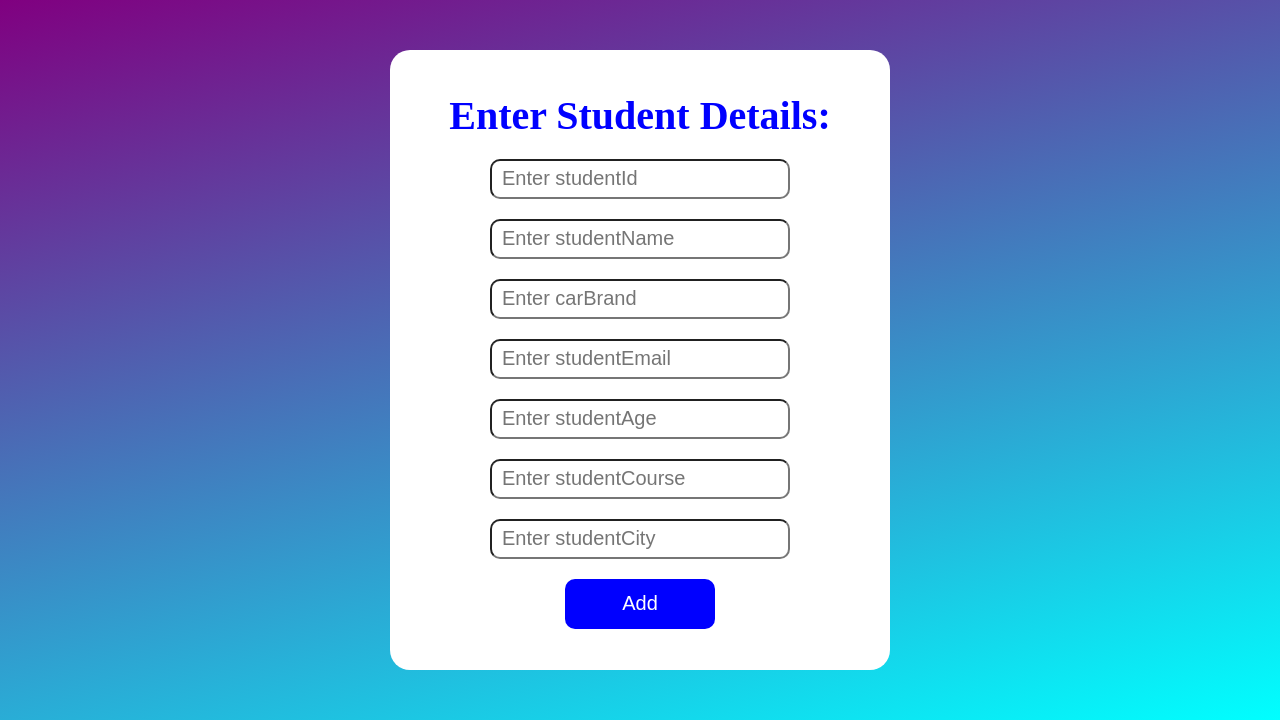
Repository: Dhirajkumar02/Advance-Java--J2EE-
Page: http://localhost/ServletProject_Student-Management-System/AddStudent.jsp
An editor plug-in stored every save of this project. The page is shown before and after the next save, followed by the edit.
The browser window is 1280 px wide. The pictures show the whole page.
The page is served by Tomcat 9.

Above is the page before, as saved 2024-11-16 07:37:58.

After the next save:
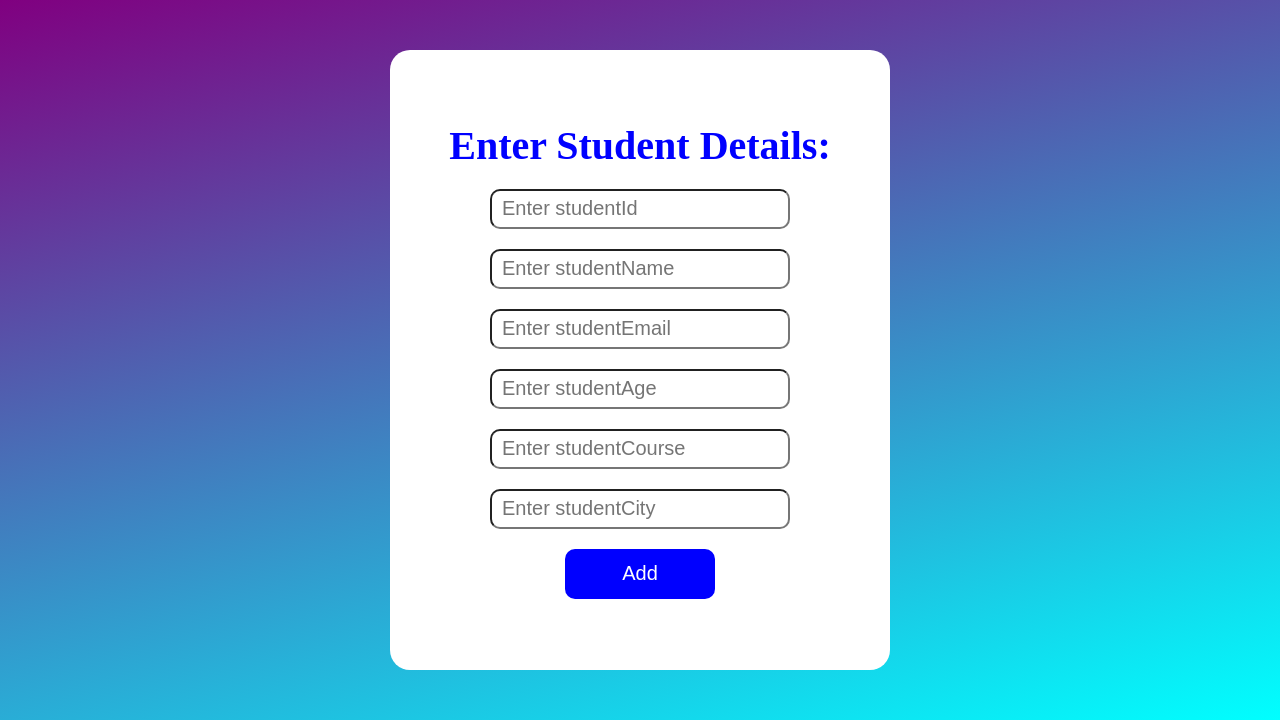
Saved 85 s later.
--- a/ServletProject_Student-Management-System/src/main/webapp/AddStudent.jsp
+++ b/ServletProject_Student-Management-System/src/main/webapp/AddStudent.jsp
@@ -73,10 +73,6 @@ input {
 		</div>
 
 		<div>
-			<input type="text" placeholder="Enter carBrand" name="carBrand">
-		</div>
-
-		<div>
 			<input type="text" placeholder="Enter studentEmail"
 				name="studentEmail">
 		</div>
